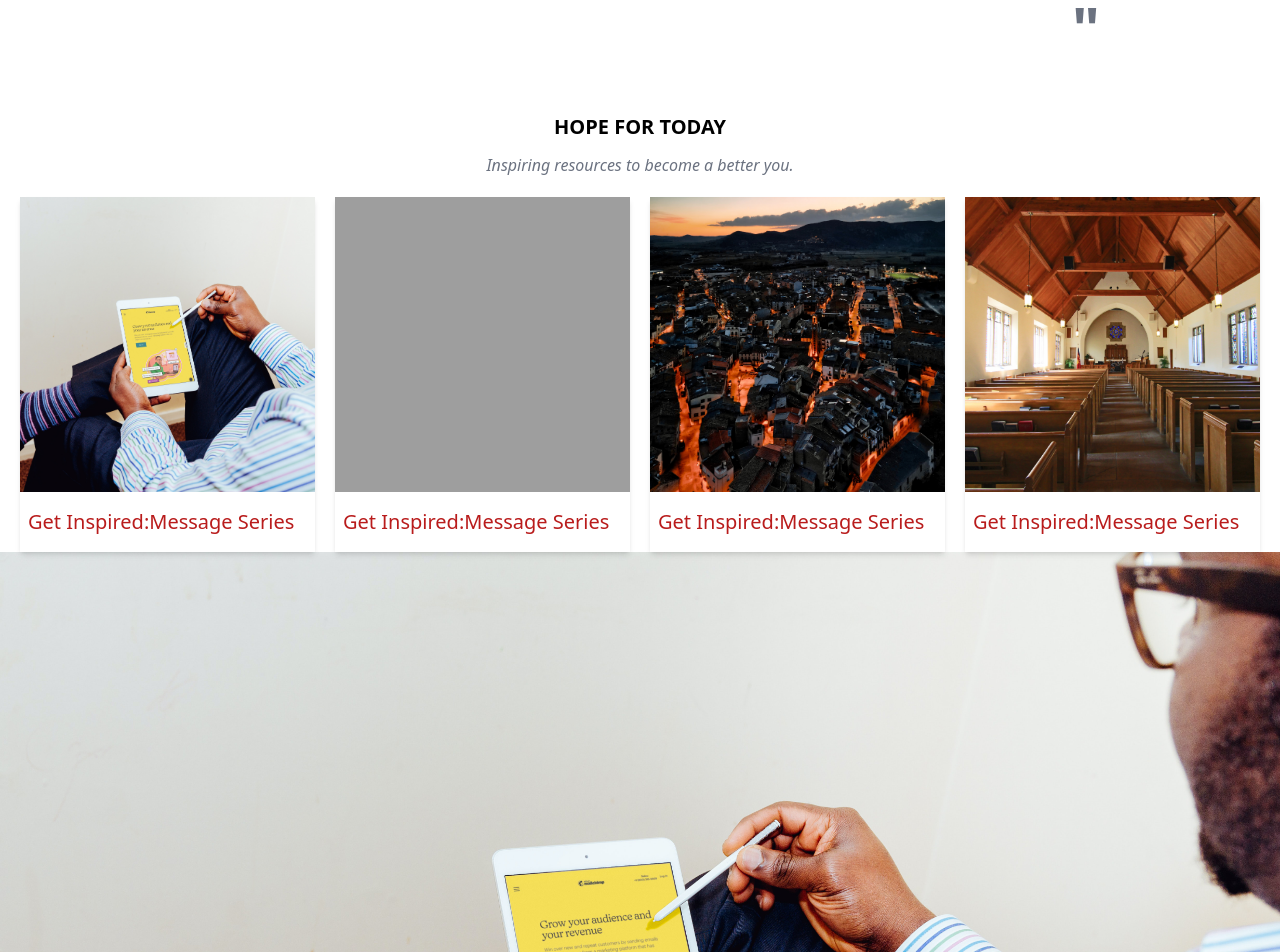
Repository: hisreal123/godschamber
Page: /
These files come from the project's save history. The page is drawn as it stood at one moment and after the next save; the edit follows.
The browser window is 1280 px wide. The pictures show the part of the page from y = 1063 to 2015 px (the page is 2015 px tall).
Pictures or frames that could not be fetched are drawn as grey boxes. The project was rebuilt for these pictures with package versions that can differ from the ones it lists, and the page was loaded fresh each time. The framework's server and built-in components were replaced by stand-ins that run in the browser. Also part of the build but not shown: next.config.js.

Above is the page before, as saved 2023-03-26 11:53:38.

After the next save:
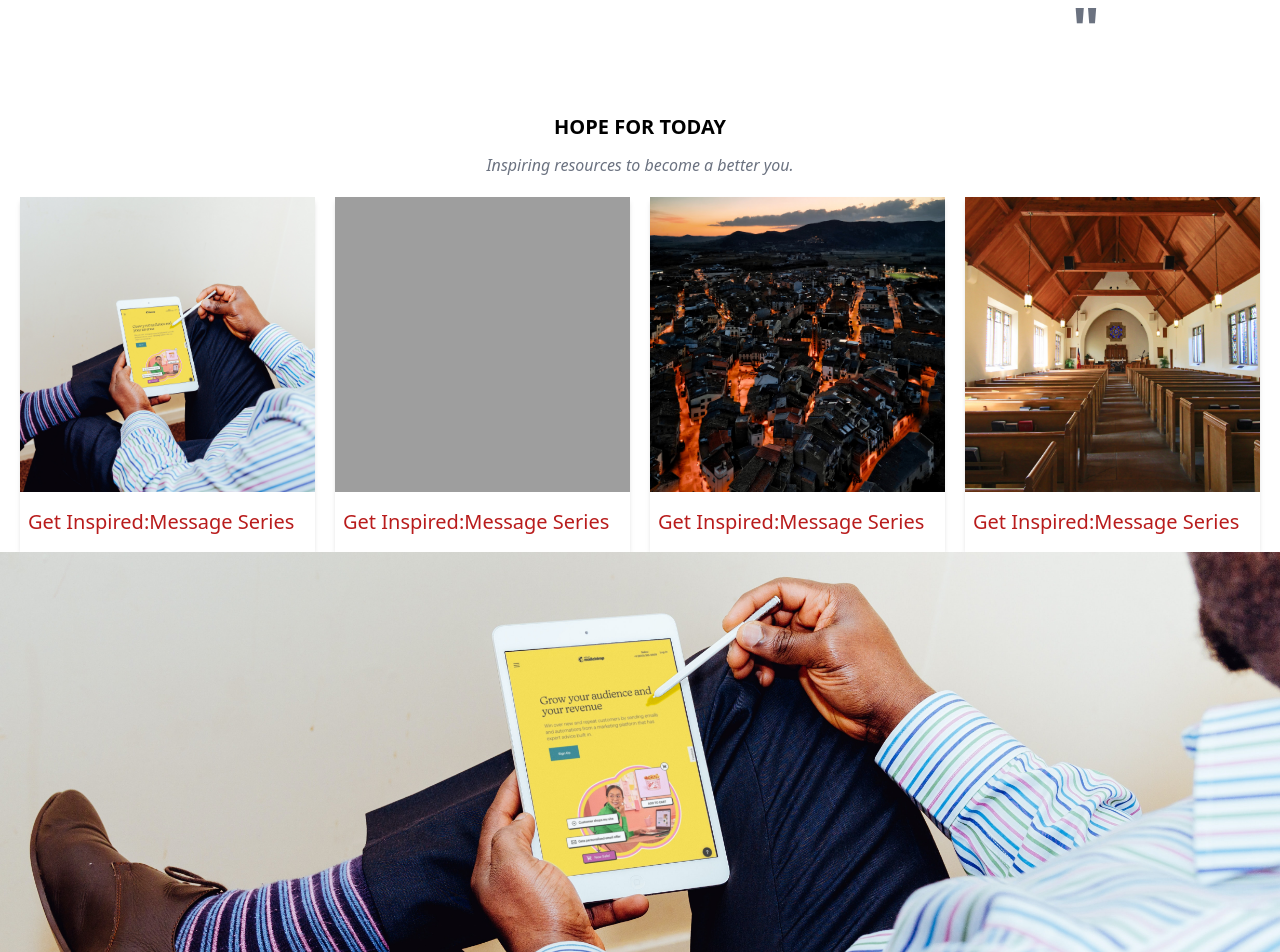
Saved 14 s later.
--- a/src/app/layout.tsx
+++ b/src/app/layout.tsx
@@ -1,5 +1,5 @@
 import './globals.css'
-// import "swiper/css";
+import "swiper/css";
 
 export const metadata = {
   title: 'Welcome to Godschambers e-church ',

After the save that followed:
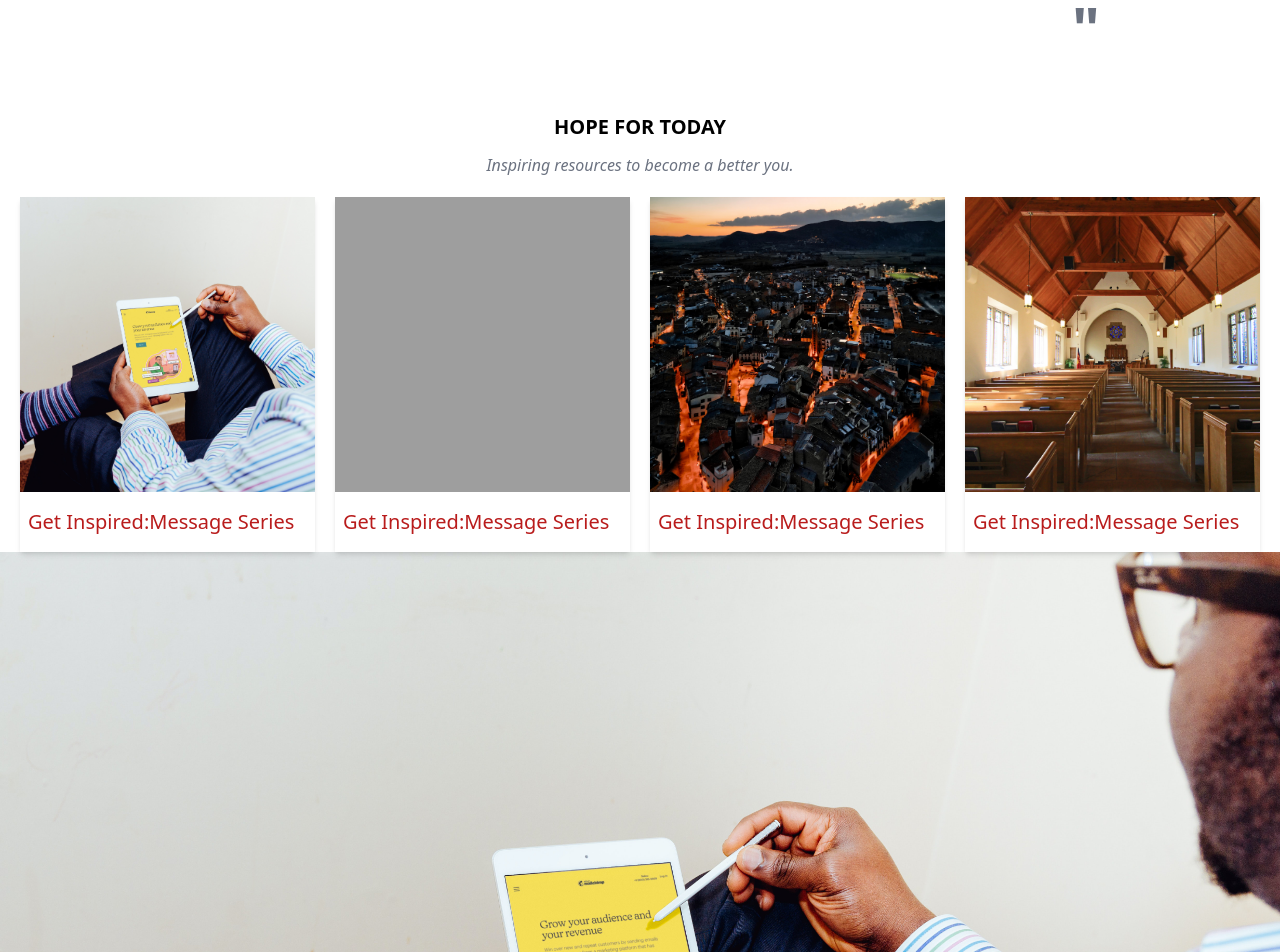
Saved 6 min 18 s later.
--- a/src/app/layout.tsx
+++ b/src/app/layout.tsx
@@ -1,5 +1,5 @@
 import './globals.css'
-import "swiper/css";
+
 
 export const metadata = {
   title: 'Welcome to Godschambers e-church ',
